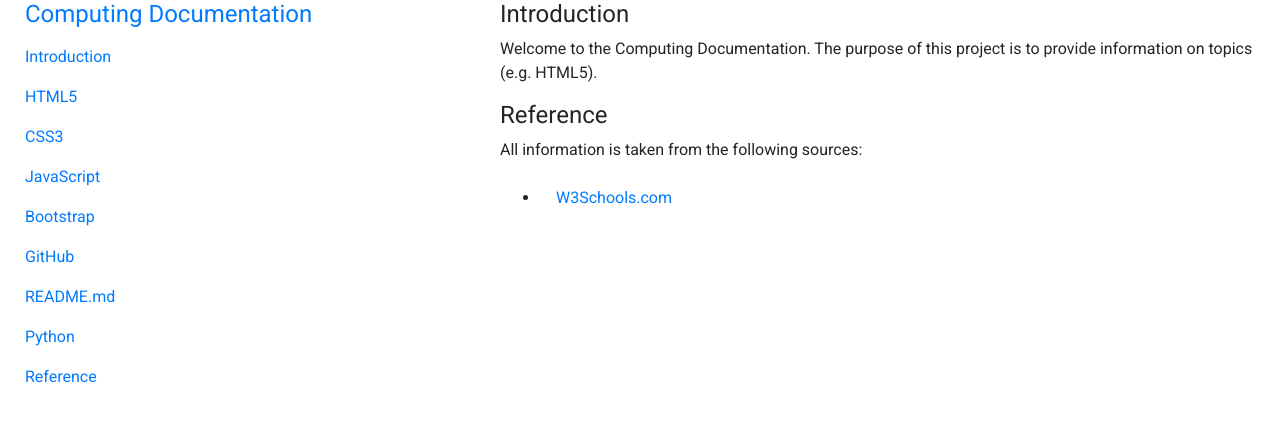
Repository: derektypist/technical-documentation-page
Page: index.html
The author's editor kept a record of every edit. The page is drawn from the files as they stood at one moment, then again after the next edit.
The browser window is 1280 px wide. The pictures show the whole page.

Above is the page before.

### index.html
<!DOCTYPE html>
<html lang="en">
<head>
    <meta charset="UTF-8">
    <meta name="viewport" content="width=device-width, initial-scale=1.0">
    <meta http-equiv="X-UA-Compatible" content="ie=edge">
    <title>Technical Documentation Page</title>
    <!-- Load Style Sheets -->
    <link rel="stylesheet" href="https://maxcdn.bootstrapcdn.com/bootstrap/4.4.1/css/bootstrap.min.css" integrity="sha384-Vkoo8x4CGsO3+Hhxv8T/Q5PaXtkKtu6ug5TOeNV6gBiFeWPGFN9MuhOf23Q9Ifjh" crossorigin="anonymous">
    <link href="https://fonts.googleapis.com/css?family=Roboto|Roboto+Mono&display=swap" rel="stylesheet">
    <style>
        /* Navigation */
        #navbar {
          font-family: "Roboto", Arial, Verdana, sans-serif;
          margin-left: 25px;
          position: fixed;
        }

        /* Main Content */
        #main-doc {
          font-family: "Roboto", Arial, Verdana, sans-serif;
          padding-left: 450px;
        }

        /* Main Section */
        .main-section {
          margin-left: 50px;
        }
    </style>
</head>
<body>
    <!-- Set Up Navigation -->
    <nav class="navbar-nav" id="navbar">
      <header>
        <h4><a href="index.html" title="Return to Home Page">Computing Documentation</a></h4>
      </header>


    <!-- Set Up List Items Vertically -->
    <ul class="navbar-nav">
      <li class="nav-item">
        <a class="nav-link" href="#introduction">Introduction</a>
      </li>
      <li class="nav-item">
        <a class="nav-link" href="#html5">HTML5</a>
      </li>
      <li class="nav-item">
        <a class="nav-link" href="#css3">CSS3</a>
      </li>
      <li class="nav-item">
        <a class="nav-link" href="#javascript">JavaScript</a>
      </li>
      <li class="nav-item">
        <a class="nav-link" href="#bootstrap">Bootstrap</a>
      </li>
      <li class="nav-item">
        <a class="nav-link" href="#github">GitHub</a>
      </li>
      <li class="nav-item">
        <a class="nav-link" href="#readme">README.md</a>
      </li>
      <li class="nav-item">
        <a class="nav-link" href="#python">Python</a>
      </li>
      <li>
        <a class="nav-link" href="#reference">Reference</a>
      </li>
</nav>

<!-- Set Up Main Content -->
<main id="main-doc">

<!-- Provide Section for Introduction -->
<section class="main-section">
  <header id="introduction">
    <h4>Introduction</h4>
  </header>
  <article>
    <p>Welcome to the Computing Documentation.
    The purpose of this project is to provide information on topics (e.g. HTML5).</p>
  </article>
</section>

<section class="main-section">
  <header id="reference">
    <h4>Reference</h4>
    <p>All information is taken from the following sources:</p>
    <ul>
      <li class="nav-item">
      <a class="nav-link" href="https://www.w3schools.com" target="_blank">W3Schools.com</a>
    </li>
    </ul>

  </header>
</section>
</main>
</body>
</html>

After the next edit:
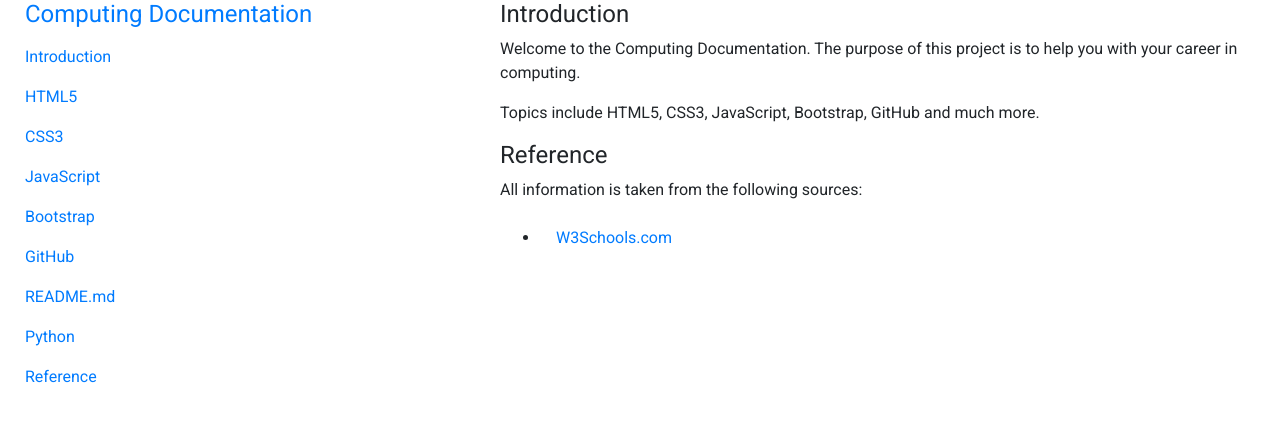
The edit:
--- a/index.html
+++ b/index.html
@@ -77,7 +77,8 @@
   </header>
   <article>
     <p>Welcome to the Computing Documentation.
-    The purpose of this project is to provide information on topics (e.g. HTML5).</p>
+    The purpose of this project is to help you with your career in computing.</p>
+    <p>Topics include HTML5, CSS3, JavaScript, Bootstrap, GitHub and much more.</p>
   </article>
 </section>
 
